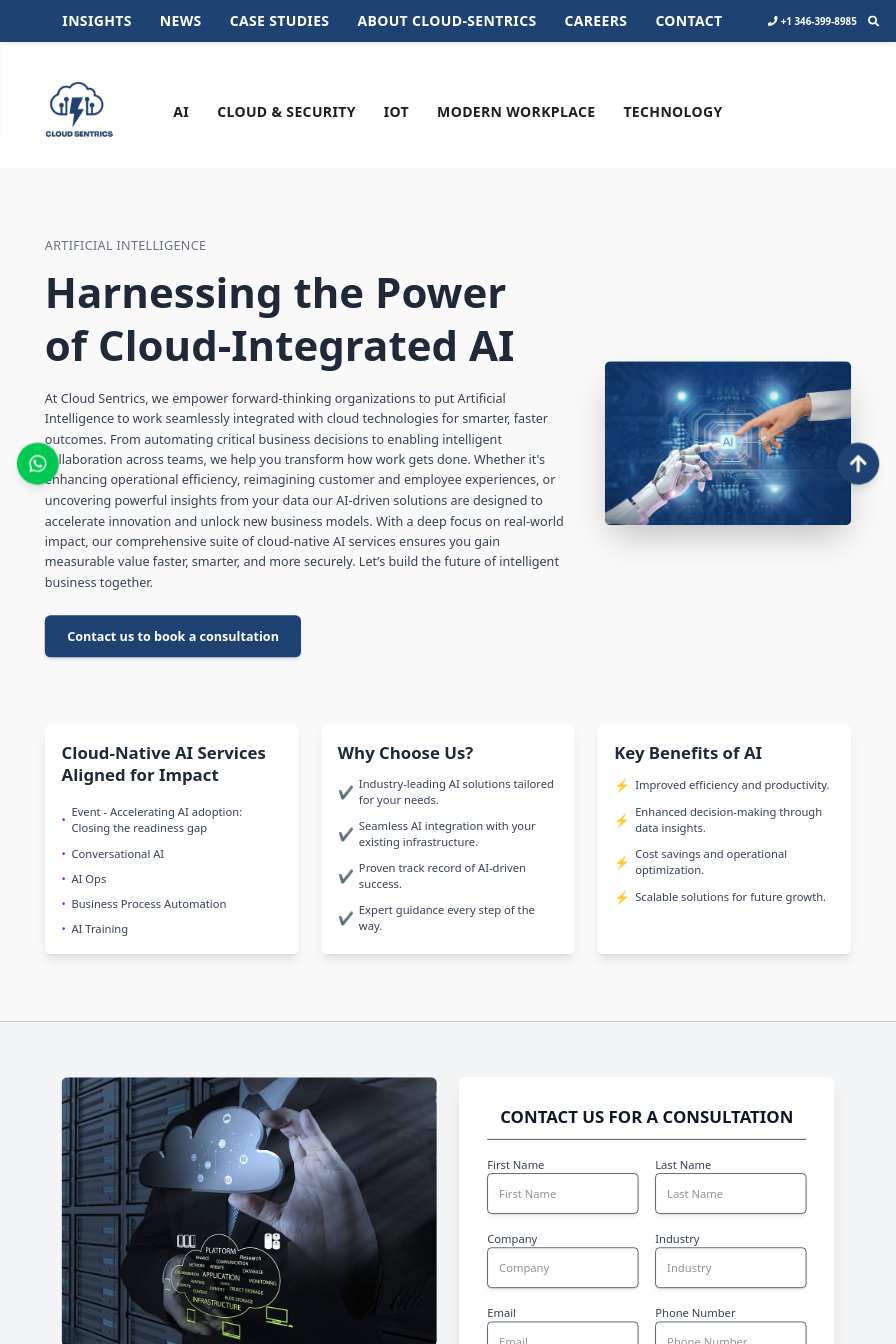
Repository: chykesure/cloudsentrics_
Page: /ai
An editor plug-in stored every save of this project. The page is shown before and after a run of saves, followed by the edit.
The browser window is 1280 px wide. The pictures show the part of the page from y = 0 to 1920 px (the page is 3796 px tall before and 4016 px after), at 70% of full size.
The page's requests for data from a server got no answer. The project was rebuilt for these pictures with package versions that can differ from the ones it lists, and the page was loaded fresh each time. No one was signed in, and anything a server would have sent is missing. Also part of the build but not shown: vite.config.js, src/pages/Header.jsx, src/pages/Footer.jsx, src/pages/students/Reviews.jsx, src/pages/students/Testimony.jsx, src/pages/students/TestimonyLanding.jsx, src/pages/LandingPage.jsx, src/pages/students/Header.jsx and 41 more.

Above is the page before, as saved 2025-04-09 20:14:46.

### src/index.css
@import "tailwindcss";

@keyframes zoomInOut {
    0% {
        transform: scale(1);
    }
    100% {
        transform: scale(1.1);
    }
}

.zoom-animation {
    animation: zoomInOut 5s infinite alternate ease-in-out;

}

### src/App.jsx
import { BrowserRouter as Router, Routes, Route } from "react-router-dom";
import LandingPage from "./pages/LandingPage";
import StudentPage from "./pages/students/StudentPage";
import AboutUs from "./pages/students/AboutUs/AboutUs";
import "./App.css";
import AWS from "./pages/students/courses/AWS";
import DevSecOps from "./pages/students/courses/DevSecOps";
import AZURE from "./pages/students/courses/AZURE";
import Blogs from "./pages/students/blogs/Blogs";
import EventsPage from "./pages/students/events/EventsPage";
import FloatsButtons from "./pages/FloatsButtons";
import PartnerPage from "./pages/partners/home/PartnerPage";
import Ai from "./pages/partners/menu/ai";
import CloudSecurity from "./pages/partners/menu/cloudsecurity";
import IOT from "./pages/partners/menu/iot";
import Technology from "./pages/partners/menu/technology";
import Workplace from "./pages/partners/menu/workplace";
import InsightMenu from "./pages/partners/main_menu/insight";
import NewsPage from "./pages/partners/main_menu/news";
import CaseStudy from "./pages/partners/main_menu/casestudy";
import AboutCloud from "./pages/partners/main_menu/aboutus";
import Careers from "./pages/partners/main_menu/careers";
import ContactUs from "./pages/partners/main_menu/contact";

function App() {
  return (
    <Router>
      <div className="flex flex-col min-h-screen">
        {/* Floating Buttons will always be visible */}
        <FloatsButtons />

        <div className="flex-grow pt-20"> {/* Adjust padding-top based on header height */}
          <Routes>

            {/* Student Section */}
            <Route path="/" element={<LandingPage />} />
            <Route path="/StudentPage" element={<StudentPage />} />
            <Route path="/about" element={<AboutUs />} />
            <Route path="/courses/AWS" element={<AWS />} />
            <Route path="/courses/Azure" element={<AZURE />} />
            <Route path="/courses/DevSecOps" element={<DevSecOps />} />
            <Route path="/blog" element={<Blogs />} />
            <Route path="/events" element={<EventsPage />} />

            {/* The Partner Section */}
            <Route path="/PartnerPage" element={<PartnerPage />} />
            <Route path="/ai" element={<Ai />} />
            <Route path="/cloud-security" element={<CloudSecurity />} />
            <Route path="/iot" element={<IOT />} />
            <Route path="/technology" element={<Technology />} />
            <Route path="/modern-workplace" element={<Workplace />} />
            <Route path="/insights" element={<InsightMenu />} />
            <Route path="/news" element={<NewsPage />} />
            <Route path="/case-studies" element={<CaseStudy />} />
            <Route path="/about-cloudsentrics" element={<AboutCloud />} />
            <Route path="/careers" element={<Careers />} />
            <Route path="/contact" element={<ContactUs />} />
          </Routes>
        </div>
      </div>
    </Router>
  );
}

export default App;

### src/pages/FloatsButtons.jsx
import { FaWhatsapp, FaArrowUp } from "react-icons/fa";
import { motion } from "framer-motion";

const FloatsButtons = () => {
    const scrollToTop = () => {
        window.scrollTo({ top: 0, behavior: "smooth" });
    };

    return (
        <>
            {/* Floating WhatsApp Button (Left) */}
            <motion.a
                href="https://wa.me/message/62QVNSESZ56FC1"
                target="_blank"
                rel="noopener noreferrer"
                className="fixed bottom-6 left-6 bg-green-500 text-white p-4 rounded-full shadow-lg flex items-center justify-center z-50"
                title="Chat with us on WhatsApp"
                animate={{ y: [0, -10, 0] }}
                transition={{ duration: 1.5, repeat: Infinity, repeatType: "reverse", ease: "easeInOut" }}
                whileHover={{ scale: 1.2 }}
            >
                <FaWhatsapp size={28} />
            </motion.a>

            {/* Floating Back to Top Button (Right) */}
            <motion.button
                onClick={scrollToTop}
                className="fixed bottom-6 right-6 bg-[#1e4272] text-white p-4 rounded-full shadow-lg flex items-center justify-center z-50"
                title="Back to Top"
                animate={{ y: [0, -10, 0] }}
                transition={{ duration: 1.5, repeat: Infinity, repeatType: "reverse", ease: "easeInOut" }}
                whileHover={{ scale: 1.2 }}
            >
                <FaArrowUp size={28} />
            </motion.button>
        </>
    );
};

export default FloatsButtons;

### src/pages/partners/menu/ai.jsx
import React from "react";
import Header from "../Header";
import { motion } from "framer-motion";
import { Link } from "react-router-dom";
import FormsPage from "./forms";
import RelatedServices from "./services";
import Footer from "../home/Footer";

const logo = "/assets/logo.jpg";
const aibg = "/assets/ai.jpg";

const Ai = () => {
    return (
        <div className="min-h-screen bg-[#0d1b2a] text-white">
            {/* Header Section */}
            <div className="flex justify-center px-6 md:px-12 py-6 bg-white shadow-lg w-full h-28 md:h-32 lg:h-40">
                <div className="flex items-center justify-between w-full max-w-[1200px] mx-auto h-full">

                    {/* Left: Logo and Branding - Fully Left-Aligned */}
                    <div className="absolute left-0 flex items-center w-auto h-full">
                        <Link to="/PartnerPage">
                            <img
                                src={logo}
                                alt="Cloudsentrics Logo"
                                className="h-20 md:h-28 lg:h-34 w-auto ml-9 transition-all duration-300"
                            />
                        </Link>
                    </div>

                    {/* Right: Navigation Menu - Centered */}
                    <motion.div
                        className="hidden md:flex flex-grow justify-center items-center space-x-6 lg:space-x-10 text-lg md:text-xl font-bold text-[#1e1e1e] tracking-wide h-full"
                        initial={{ opacity: 0, y: -10 }}
                        animate={{ opacity: 1, y: 0 }}
                        transition={{ duration: 0.6, ease: "easeOut" }}
                    >
                        {[
                            { label: "AI", path: "/ai" },
                            { label: "CLOUD & SECURITY", path: "/cloud-security" },
                            { label: "IOT", path: "/iot" },
                            { label: "MODERN WORKPLACE", path: "/modern-workplace" },
                            { label: "TECHNOLOGY", path: "/technology" }
                        ].map((item, index) => (
                            <Link key={index} to={item.path}>
                                <motion.span
                                    className="cursor-pointer transition-all duration-300 hover:text-blue-600 hover:scale-105 whitespace-nowrap"
                                    whileHover={{ scale: 1.1 }}
                                >
                                    {item.label}
                                </motion.span>
                            </Link>
                        ))}
                    </motion.div>

                </div>
            </div>



            <Header />

            {/* AI Section */}
            <section className="bg-[#f9f9f9] px-6 md:px-16 py-16 lg:py-24 grid grid-cols-1 lg:grid-cols-3 gap-12">
                {/* Left Text Content */}
                <div className="lg:col-span-2 animate__animated animate__fadeIn flex-shrink-0 space-y-6">
                    {/* Heading Section */}
                    <div className="text-center lg:text-left">
                        <h3 className="text-lg font-medium text-gray-500 uppercase tracking-wide">Artificial Intelligence</h3>
                        <h1 className="text-4xl md:text-5xl lg:text-6xl font-bold leading-tight mt-4 text-gray-800">
                            Harnessing the Power <br />  of Cloud-Integrated AI
                        </h1>
                    </div>

                    {/* Paragraph Content */}
                    <p className="text-lg text-gray-700 mt-6 leading-relaxed">
                        At Cloud Sentrics, we empower forward-thinking organizations to put Artificial Intelligence to work seamlessly integrated with cloud technologies for smarter, faster outcomes.

                        From automating critical business decisions to enabling intelligent collaboration across teams, we help you transform how work gets done. Whether it's enhancing operational efficiency, reimagining customer and employee experiences, or uncovering powerful insights from your data our AI-driven solutions are designed to accelerate innovation and unlock new business models.

                        With a deep focus on real-world impact, our comprehensive suite of cloud-native AI services ensures you gain measurable value faster, smarter, and more securely.

                        Let’s build the future of intelligent business together.
                    </p>

                    {/* Call to Action Button */}
                    <div className="flex justify-center lg:justify-start mt-8">
                        <a
                            href="#"
                            className="bg-[#1e4272] text-white text-center py-4 px-8 rounded-lg font-semibold text-lg shadow-md hover:bg-purple-800 hover:scale-105 transition duration-300 ease-in-out transform hover:translate-y-1 w-full md:w-auto"
                        >
                            Contact us to book a consultation
                        </a>
                    </div>
                </div>


                {/* Right AI Image */}
                <div className="lg:col-span-1 flex justify-center items-center flex-shrink-0">
                    <motion.img
                        src={aibg}
                        alt="AI Representation"
                        className="w-full max-w-lg rounded-lg shadow-2xl"
                        animate={{ y: [0, -10, 0] }}
                        transition={{ duration: 1.5, repeat: Infinity, ease: "easeInOut" }}
                    />
                </div>

                {/* Bottom Section */}
                <div className="lg:col-span-3 flex flex-col gap-6 w-full">

                    {/* Grid Content */}
                    <div className="grid grid-cols-1 md:grid-cols-2 lg:grid-cols-3 gap-8 mt-12 w-full">
                        {/* Aligned Services */}
                        <div className="bg-white p-6 rounded-lg shadow-lg border-gray-200 hover:scale-105 hover:shadow-xl flex-shrink-0 w-full">
                            <h4 className="text-2xl font-semibold text-gray-800">Cloud-Native AI Services Aligned for Impact</h4>
                            <p className="text-lg text-gray-700 mt-6 leading-relaxed">

                            </p>
                            <ul className="mt-4 space-y-3 text-gray-700">
                                {[
                                    "Event - Accelerating AI adoption: Closing the readiness gap",
                                    "Conversational AI",
                                    "AI Ops",
                                    "Business Process Automation",
                                    "AI Training"
                                ].map((service, index) => (
                                    <li key={index} className="flex items-center space-x-2">
                                        <span className="text-purple-600">•</span>
                                        <span>{service}</span>
                                    </li>
                                ))}
                            </ul>
                        </div>

                        {/* Why Choose Us? */}
                        <div className="bg-white p-6 rounded-lg shadow-lg border-gray-200 hover:scale-105 hover:shadow-xl flex-shrink-0 w-full">
                            <h4 className="text-2xl font-semibold text-gray-800">Why Choose Us?</h4>
                            <ul className="mt-4 space-y-3 text-gray-700">
                                {[
                                    "Industry-leading AI solutions tailored for your needs.",
                                    "Seamless AI integration with your existing infrastructure.",
                                    "Proven track record of AI-driven success.",
                                    "Expert guidance every step of the way."
                                ].map((reason, index) => (
                                    <li key={index} className="flex items-center space-x-2">
                                        <span className="text-green-600 text-lg">✔</span>
                                        <span>{reason}</span>
                                    </li>
                                ))}
                            </ul>
                        </div>

                        {/* Key Benefits of AI */}
                        <div className="bg-white p-6 rounded-lg shadow-lg border-gray-200 hover:scale-105 hover:shadow-xl flex-shrink-0 w-full">
                            <h4 className="text-2xl font-semibold text-gray-800">Key Benefits of AI</h4>
                            <ul className="mt-4 space-y-3 text-gray-700">
                                {[
                                    "Improved efficiency and productivity.",
                                    "Enhanced decision-making through data insights.",
                                    "Cost savings and operational optimization.",
                                    "Scalable solutions for future growth."
                                ].map((benefit, index) => (
                                    <li key={index} className="flex items-center space-x-2">
                                        <span className="text-blue-600 text-lg">⚡</span>
                                        <span>{benefit}</span>
                                    </li>
                                ))}
                            </ul>
                        </div>
                    </div>
                </div>
            </section>

            <section className="px-4 sm:px-6 md:px-6 lg:px-8 py-8 bg-gray-100">
                <FormsPage />
            </section>

            <section className="px-4 sm:px-6 md:px-6 lg:px-8 py-8 bg-gray-100">
                <RelatedServices />
            </section>

            {/* Footer Section */}
            <section className="px-0 sm:px-0 md:px-0 lg:px-0 py-8 bg-gray-100 w-full">
                <Footer />
            </section>

        </div>
    );
};

export default Ai;

### src/pages/partners/home/Footer.jsx
import React from 'react';
import { FaLinkedin, FaXTwitter, FaInstagram } from 'react-icons/fa6';
import { Link } from 'react-router-dom';

function Footer() {
    return (
        <footer className="bg-white text-black py-6 border-t border-gray-300 text-sm w-full">
            <div className="w-full px-6 lg:px-12">
                {/* Main Footer Section */}
                <div className="flex flex-col md:flex-row justify-between items-center text-center md:text-left">
                    <h3 className="font-bold text-lg text-blue-900">Powering Cloud-Integrated Digital Transformation</h3>

                    {/* Social Icons */}
                    <div className="flex space-x-4 mt-4 md:mt-0">
                        <a href="https://www.linkedin.com/posts/cloud-sentrics_cloud-sentrics-linkedin-activity-7291379079860117505-ve54?utm_source=share&utm_medium=member_android" target="_blank" rel="noopener noreferrer" className="text-gray-600 hover:text-black">
                            <FaLinkedin size={20} />
                        </a>
                        <a href="https://x.com/CloudSentrics" target="_blank" rel="noopener noreferrer" className="text-gray-600 hover:text-black">
                            <FaXTwitter size={20} />
                        </a>
                        <a href="https://www.instagram.com/cloudsentrics/" target="_blank" rel="noopener noreferrer" className="text-gray-600 hover:text-black">
                            <FaInstagram size={20} />
                        </a>
                    </div>
                </div>

                {/* Footer Links */}
                <div className="mt-4 text-center md:text-left">
                    <p>© {new Date().getFullYear()} All rights reserved |
                        <Link to="#" className="ml-2 hover:text-blue-600">Privacy Notice</Link> |
                        <Link to="#" className="ml-2 hover:text-blue-600">Terms & Conditions</Link> |
                        <Link to="#" className="ml-2 hover:text-blue-600">Website T&Cs</Link> |
                        <Link to="#" className="ml-2 hover:text-blue-600">Cookies Policy</Link> |
                        <Link to="#" className="ml-2 hover:text-blue-600">Anti-Slavery Policy</Link> |
                        <Link to="#" className="ml-2 hover:text-blue-600">Sitemap</Link> |
                        <Link to="#" className="ml-2 hover:text-blue-600">Learn more</Link>
                    </p>
                </div>
            </div>
        </footer>
    );
}

export default Footer;

### src/pages/partners/menu/services.jsx
import React from "react";
import { motion } from "framer-motion";

const ai_trainning = "/assets/ai_trainning.jpg";
const ai_conversation = "/assets/ai_conversation.jpg";
const ai_ops = "/assets/ai_ops.jpg";
const bpa = "/assets/bpa.jpg";

const RelatedServices = () => {
    const services = [
        {
            title: "Conversational AI",
            description:
                "Boost engagement and productivity with a next generation customer experience",
            image: ai_conversation,
        },
        {
            title: "AI Ops",
            description:
                "Ensure resilience and prevent and resolve incidents with AIOps",
            image: ai_ops,
        },
        {
            title: "Business Process Automation",
            description:
                "Accelerate how work gets done and amplify digital efficiencies",
            image: bpa,
        },
        {
            title: "AI Training",
            description:
                "Discover the true business value of artificial intelligence",
            image: ai_trainning,
        },
    ];

    return (
        <section className="py-12 bg-gray-100">
            <div className="container mx-auto px-6 text-center">
                <h2 className="text-3xl font-bold text-gray-900 mb-6">
                    Related Services
                </h2>
                <div className="w-16 h-1 bg-blue-600 mx-auto mb-8"></div>
                <div className="grid grid-cols-1 md:grid-cols-2 lg:grid-cols-4 gap-8">
                    {services.map((service, index) => (
                        <motion.div
                            key={index}
                            className="relative bg-white rounded-lg shadow-lg overflow-hidden min-h-[400px]"
                            whileHover={{ scale: 1.05, y: -5 }}
                            transition={{ type: "spring", stiffness: 200, damping: 10 }}
                        >
                            <img
                                src={service.image}
                                alt={service.title}
                                className="w-full h-64 md:h-80 object-cover"
                            />
                            <div className="p-6">
                                <h3 className="text-xl font-semibold text-gray-800 mb-2">
                                    {service.title}
                                </h3>
                                <p className="text-gray-600">{service.description}</p>
                            </div>
                        </motion.div>
                    ))}
                </div>
            </div>
        </section>
    );
};

export default RelatedServices;

Loaded but not shown: index.html (common file); src/main.jsx (common file); src/pages/students/AboutUs/AboutUs.jsx (399 lines, source omitted); src/pages/partners/menu/forms.jsx (209 lines, source omitted); src/pages/partners/Header.jsx (114 lines, source omitted)

After the next 2 saves:
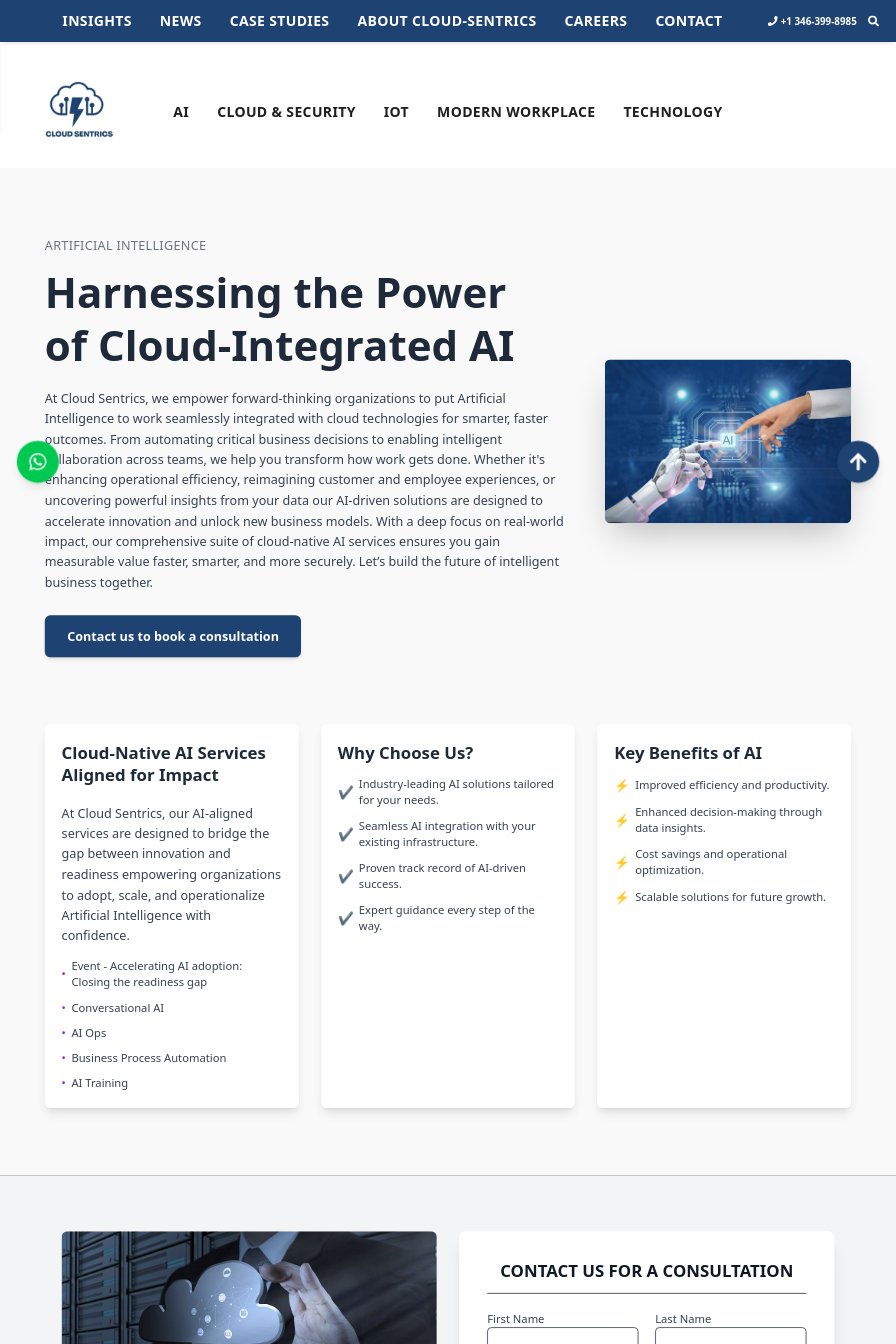
The 2 saves are shown as one change because they came seconds apart.
The last was saved 11 s later.
--- a/src/pages/partners/menu/ai.jsx
+++ b/src/pages/partners/menu/ai.jsx
@@ -114,7 +114,7 @@
                         <div className="bg-white p-6 rounded-lg shadow-lg border-gray-200 hover:scale-105 hover:shadow-xl flex-shrink-0 w-full">
                             <h4 className="text-2xl font-semibold text-gray-800">Cloud-Native AI Services Aligned for Impact</h4>
                             <p className="text-lg text-gray-700 mt-6 leading-relaxed">
-
+                            At Cloud Sentrics, our AI-aligned services are designed to bridge the gap between innovation and readiness empowering organizations to adopt, scale, and operationalize Artificial Intelligence with confidence.
                             </p>
                             <ul className="mt-4 space-y-3 text-gray-700">
                                 {[
